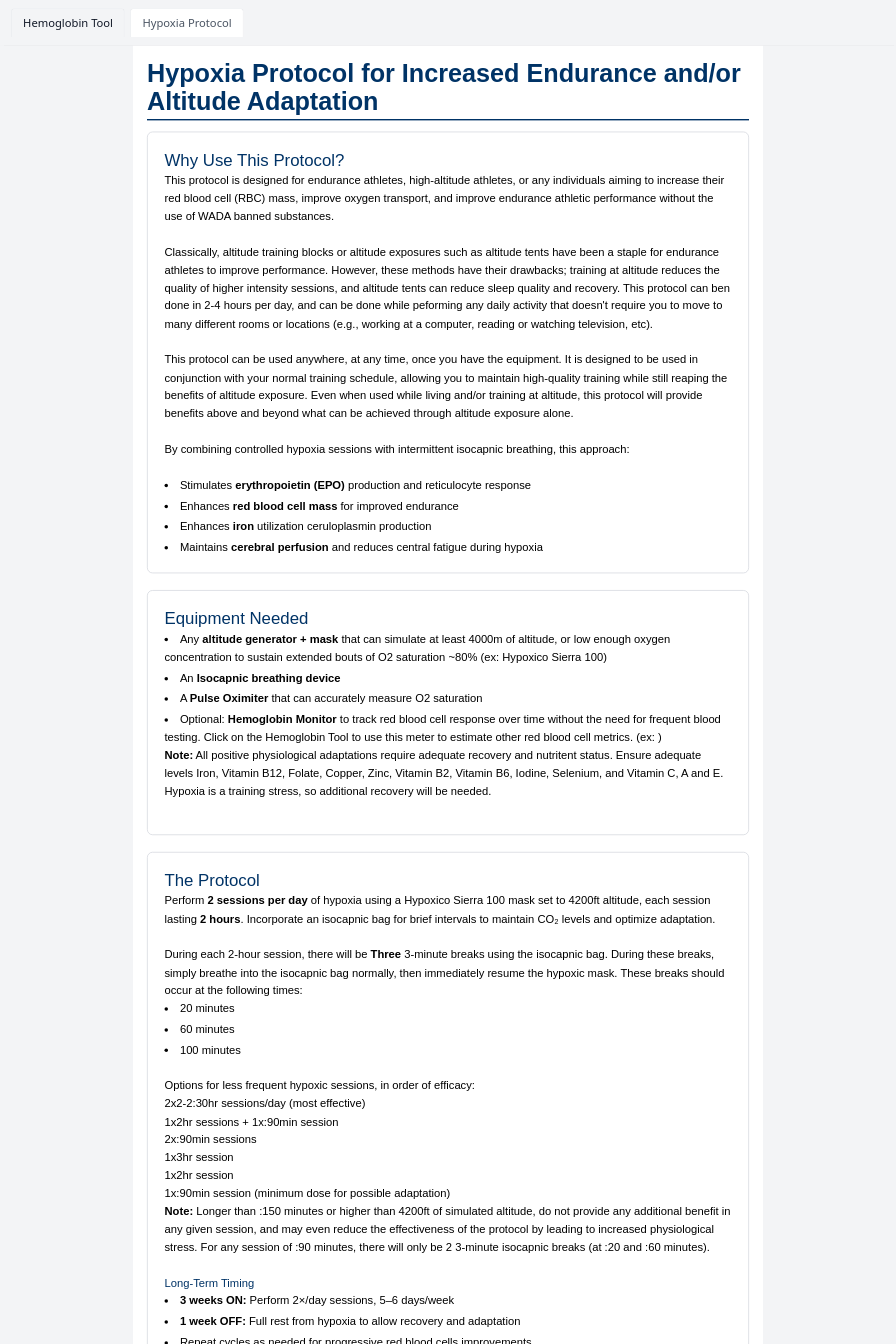
Repository: austenhughes1/hemoglobin_rbc_metrics
Page: hypoxia_protocol.html
These files come from the project's save history. The page is drawn as it stood at one moment and after the next save; the edit follows.
The browser window is 1280 px wide. The pictures show the part of the page from y = 0 to 1920 px (the page is 2550 px tall before and 2652 px after), at 70% of full size.
Some web libraries are served in a nearby version.

Above is the page before, as saved 2025-06-25 16:15:45.

After the next save:
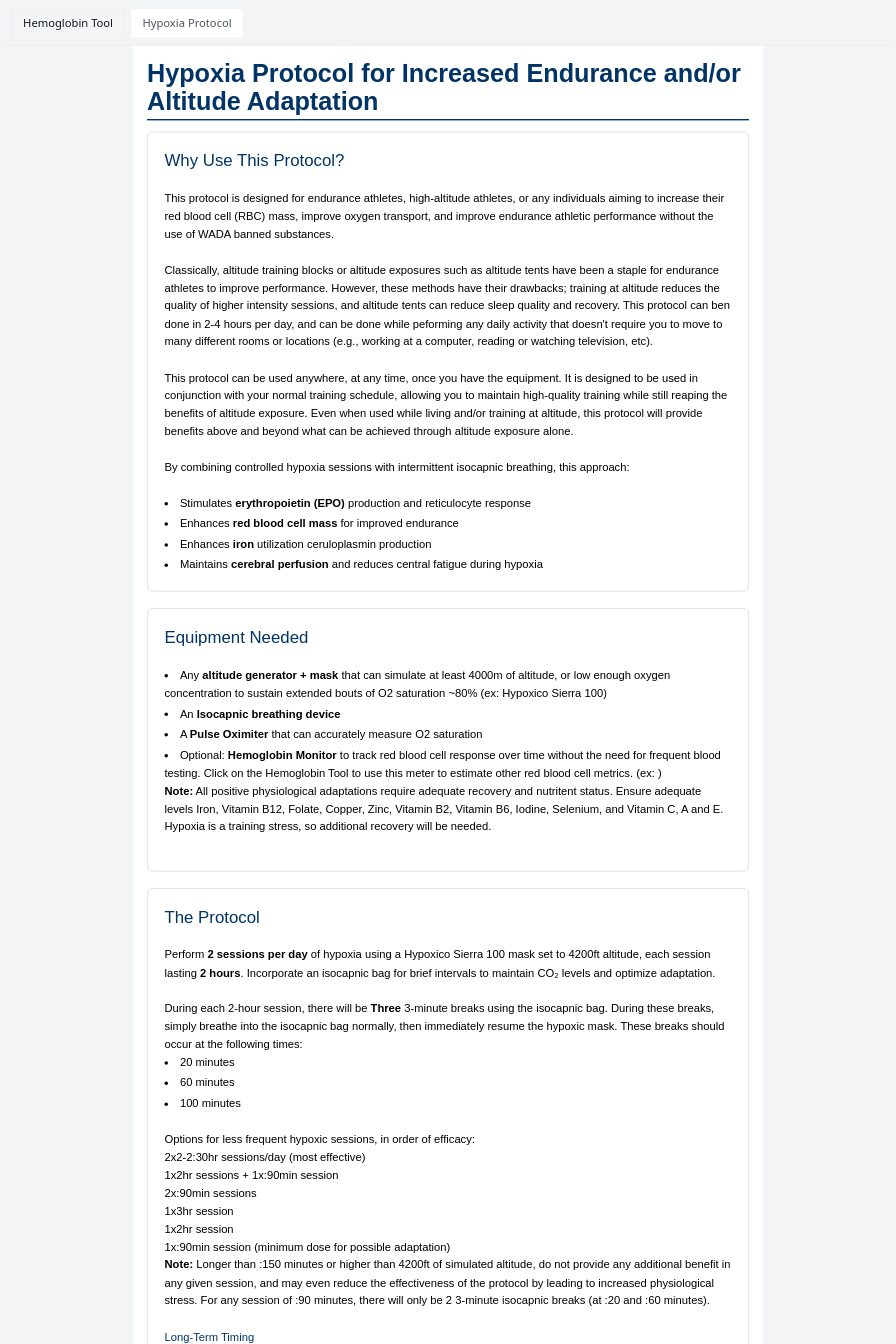
Saved 8 s later.
--- a/hypoxia_protocol.html
+++ b/hypoxia_protocol.html
@@ -46,6 +46,7 @@
 
     <section class="border border-gray-300 rounded-lg p-6 mb-6 bg-white">
         <h2 class="text-2xl">Why Use This Protocol?</h2>
+        <br>
         <p>
         This protocol is designed for endurance athletes, high-altitude athletes, or any individuals aiming to increase their red blood cell (RBC) mass, improve oxygen transport, and improve endurance athletic performance without the use of WADA banned substances.
         </p>
@@ -70,6 +71,7 @@
 
     <section class="border border-gray-300 rounded-lg p-6 mb-6 bg-white">
         <h2 class="text-2xl">Equipment Needed</h2>
+        <br>
         <ul class="list-disc list-inside space-y-1">
             <li>Any <strong>altitude generator + mask</strong> that can simulate at least 4000m of altitude, or low enough oxygen concentration to sustain extended bouts of O2 saturation ~80% (ex: <a href="https://hypoxico.com/products/sierra-100">Hypoxico Sierra 100</a>)</li>
             <li>An <strong>Isocapnic breathing device</strong></li>
@@ -84,6 +86,7 @@
 
     <section class="border border-gray-300 rounded-lg p-6 mb-6 bg-white">
         <h2 class="text-2xl">The Protocol</h2>
+        <br>
         <p>
         Perform <strong>2 sessions per day</strong> of hypoxia using a Hypoxico Sierra 100 mask set to 4200ft altitude, each session lasting <strong>2 hours</strong>. Incorporate an isocapnic bag for brief intervals to maintain CO₂ levels and optimize adaptation.
         </p>
@@ -124,6 +127,7 @@
 
     <section class="border border-gray-300 rounded-lg p-6 mb-6 bg-white">
         <h2 class="text-2xl">The Science </h2>
+        <br>
         <p>
         The hypoxic stimulus increases HIF-1α stabilization, triggering EPO mRNA transcription, which leads to elevated reticulocyte production and increased RBC mass. However, continuous hypoxia can lead to CO₂ washout (hypocapnia), which blunts HIF-1α signaling and reduces cerebral perfusion.
         </p>
